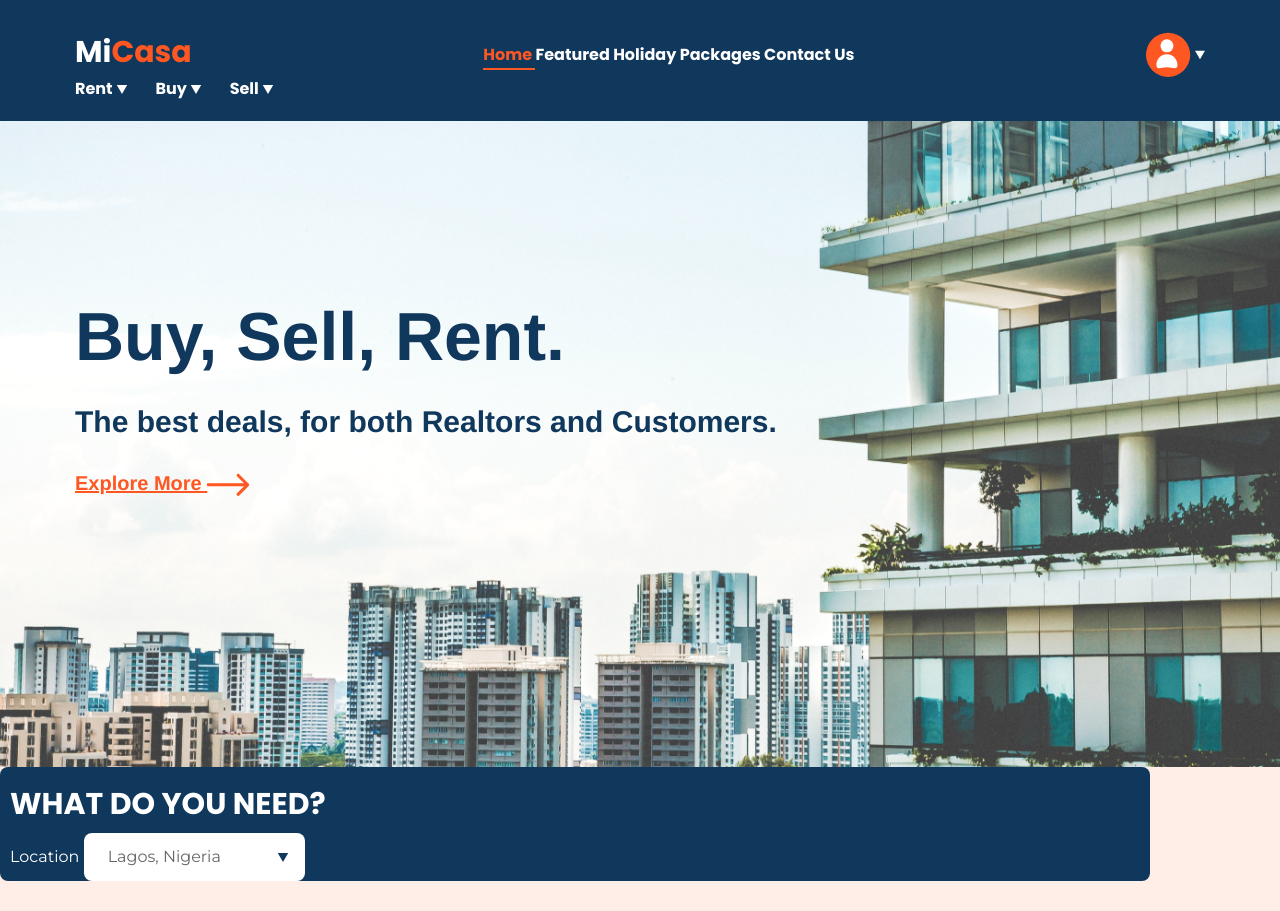
Repository: BenUnyolo/micasa-frontend
Page: index.html
An editor plug-in stored every save of this project. The page is shown before and after the next save, followed by the edit.
The browser window is 1280 px wide. The pictures show the whole page.

Above is the page before, as saved 2021-10-17 11:31:12.

After the next save:
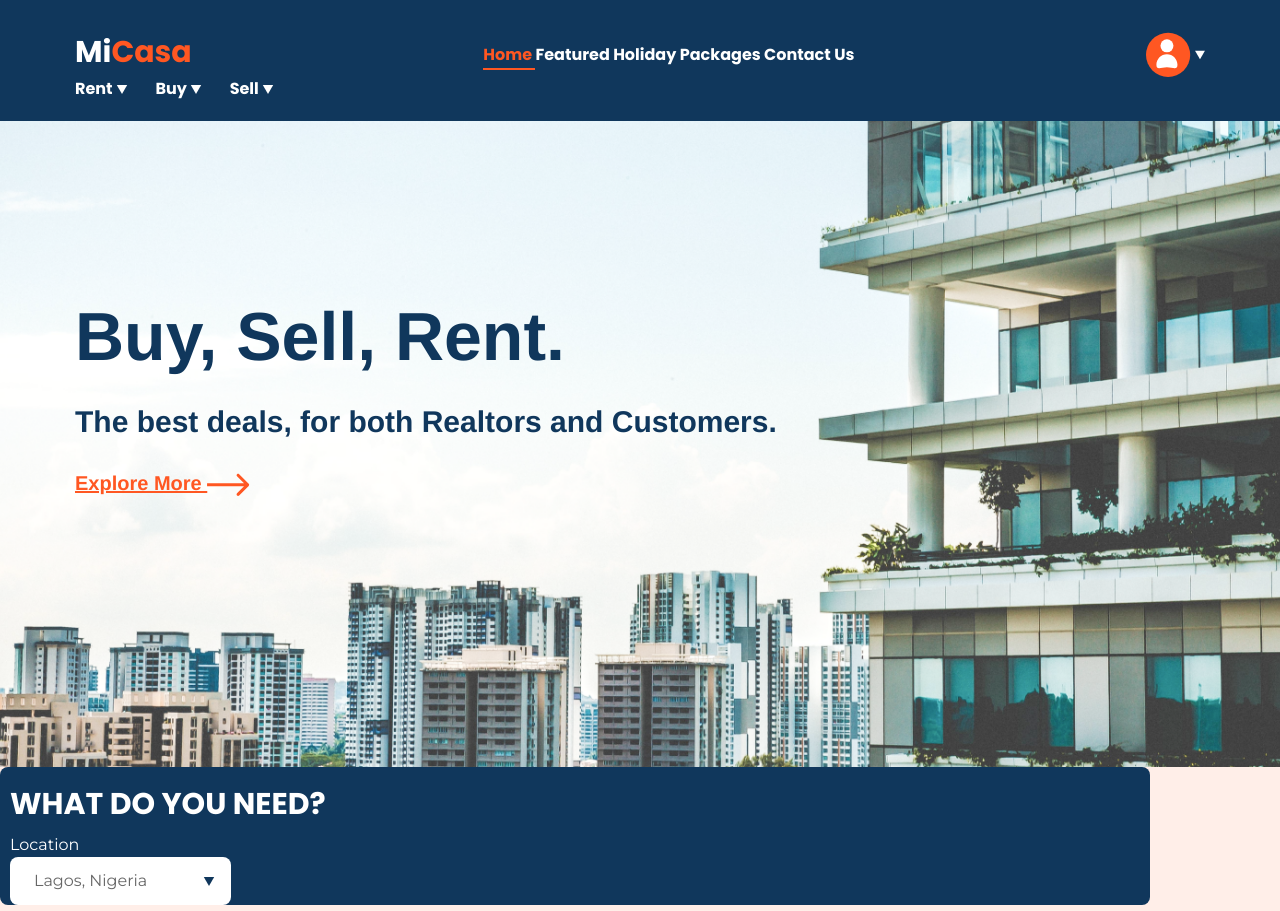
Saved 27 s later.
--- a/index.html
+++ b/index.html
@@ -143,7 +143,7 @@
         <!-- search boxes -->
         <div class="flex mt-3">
           <div class="w-1/3">
-            <label for="location">Location</label>
+            <label for="location" class="block">Location</label>
             <select name="location" id="search-location">
               <option value="volvo">Lagos, Nigeria</option>
               <option value="saab">Blantyre, Malawi</option>
